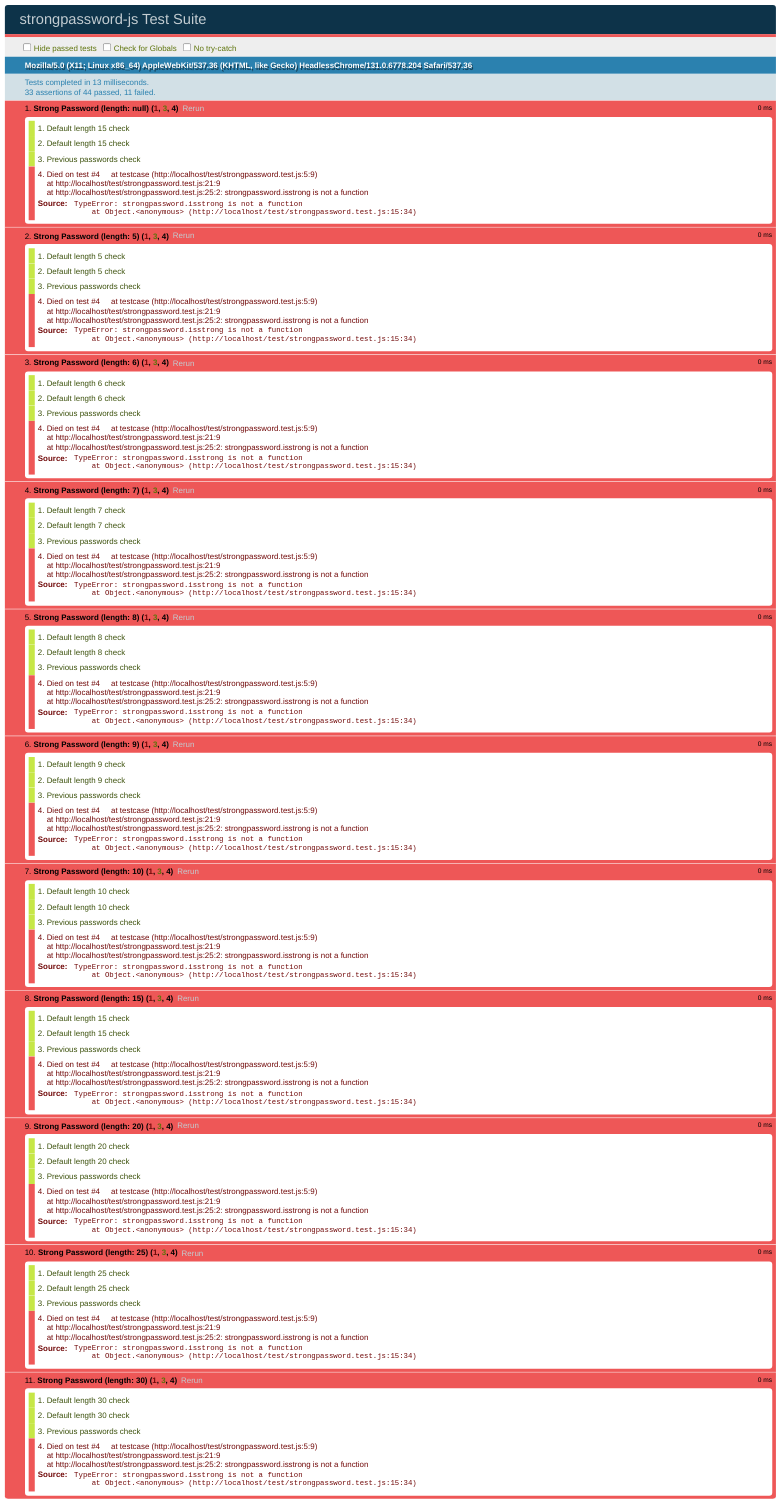
Repository: jongha/strongpassword-js
Page: test/strongpassword.html
The author's editor kept a record of every edit. The page is drawn from the files as they stood at one moment, then again after the next edit.
The browser window is 1280 px wide. The pictures show the whole page, at 61% of full size.

Above is the page before.

After the next edit:
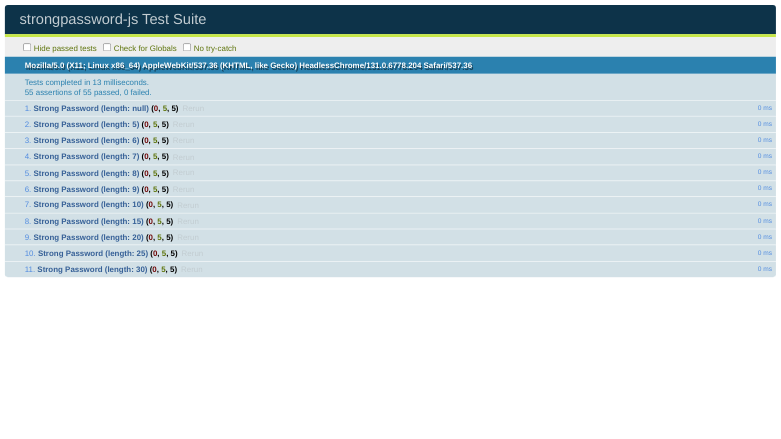
The edit:
--- a/src/strongpassword.js
+++ b/src/strongpassword.js
@@ -36,8 +36,8 @@
 
     // validate password is safe
     // password: password for valication
-    // threshold: min-length for safe password (default: 10)
-    issafe: function(password, threshold) {
+    // threshold: min-length for strong password (default: 10)
+    isstrong: function(password, threshold) {
         threshold = threshold || 10;
 
         var check = false, i, j, k;
